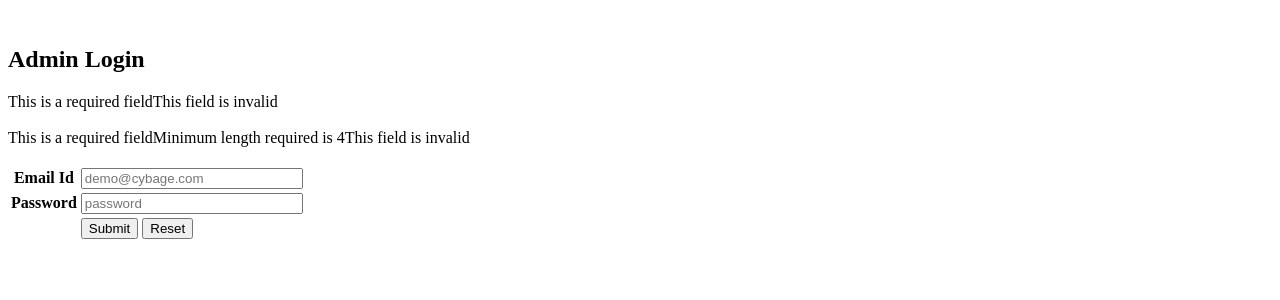
Repository: Dipak27/Dipak-s-front-end
Page: http://localhost/Traning_Management/login.jsp
The author's editor kept a copy of each file at every save. The page is drawn from the files as they stood at one save, then again after the next save.
The browser window is 1280 px wide. The pictures show the whole page.
Some web libraries are served in a nearby version. The page is served by Tomcat 9.

Above is the page before, as saved 2016-11-09 10:19:34.
Console error: ReferenceError: mainApp is not defined

After the next save:
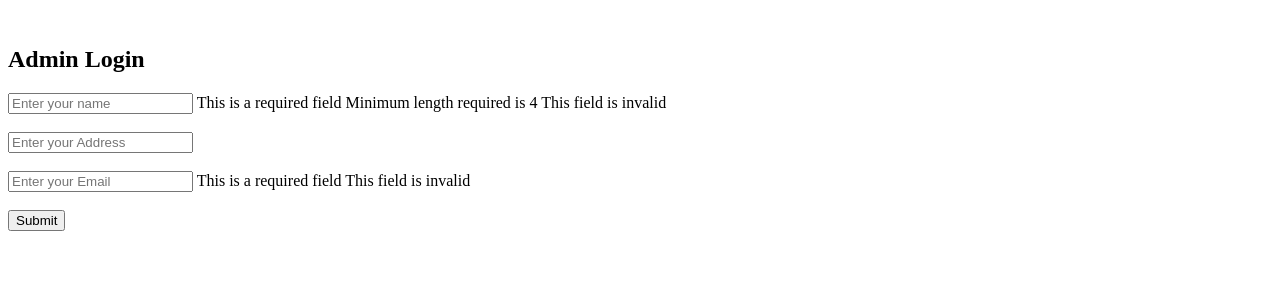
Saved 97 s later.
--- a/Training Management Project/Traning_Management/src/main/webapp/login.jsp
+++ b/Training Management Project/Traning_Management/src/main/webapp/login.jsp
@@ -13,46 +13,32 @@
 								<div class="grid_18 omega">
 						 &nbsp;&nbsp;<h2>Admin Login</h2>
 							<div class="padding_20 text-justify" ng-controller="AdminLoginController as ctrl">
-								<form id="frmMain" class="frmMain" action="#" method="post" ng-submit="ctrl.submit()" name="adminForm" novalidate="novalidate">
-									<table class="form-table" style="width:auto">
-										<tr>
-											<th>
-												Email Id
-											</th>
-											<td>
-												<input id="email" type="text"  class="validate[required]" name="email" style="width:120%" placeholder="demo@cybage.com" value="" ng-model="ctrl.admin.email"  />
-											</td>
-											<span ng-show="adminForm.$dirty && adminForm.email.$error.required">This is a required field</span>
-              								<span ng-show="adminForm.$dirty && adminForm.email.$invalid">This field is invalid </span><br/><br/>
+							<form ng-submit="ctrl.submit()" name="myForm">
+          <input type="text" ng-model="ctrl.user.username" name="uname" class="username" placeholder="Enter your name" required ng-minlength="3"/>
+              <span ng-show="myForm.$dirty && myForm.uname.$error.required">This is a required field</span>
+              <span ng-show="myForm.$dirty && myForm.uname.$error.minlength">Minimum length required is 4</span>
+              <span ng-show="myForm.$dirty && myForm.uname.$invalid">This field is invalid </span><br/><br/>
 
+          <input type="text" ng-model="ctrl.user.address" placeholder="Enter your Address"/><br/><br/>
 
-										</tr>
+          <input type="email" ng-model="ctrl.user.email" name="email" class="email" placeholder="Enter your Email" required/>
+              <span ng-show="myForm.$dirty && myForm.email.$error.required">This is a required field</span>
+              <span ng-show="myForm.$dirty && myForm.email.$invalid">This field is invalid </span><br/><br/>
 
-										<tr>
-											<th>
-												Password
-											</th>
-											<td>
-												<input id="password" type="password"  class="validate[required]" name="password" style="width:120%" placeholder="password" value="" ng-model="ctrl.admin.password" />
-											</td>
-											<span ng-show="adminForm. && myForm.password.$error.required">This is a required field</span>
-              <span ng-show="adminForm.$dirty && adminForm.password.$error.minlength">Minimum length required is 4</span>
-              <span ng-show="adminForm.$dirty && adminForm.password.$invalid">This field is invalid </span><br/><br/>
+          <input type="submit"  value="Submit" ng-disabled="myForm.$invalid">
+      </form>
 
-
-										</tr>
-										<tr>
-											<th>
-												&nbsp;
-											</th>
-											<td>
-												<input id="Submit1" type="submit" value="Submit"  ng-disabled="adminForm.$invalid" />
-												<input id="Reset1" type="reset" value="Reset" onclick="this.form.clear();" />
-											</td>
-										</tr>
-
-									</table>
-								</form>
+      <script src="https://ajax.googleapis.com/ajax/libs/angularjs/1.4.4/angular.js">
+      </script>
+      <script>
+          angular.module('myApp', [])
+          .controller('AppController', [function() {
+              var self = this;
+              self.submit = function() {
+                  console.log('Form is submitted with following user', self.user);
+            };
+      }]);
+  </script>
 							</div>
 						</div>
 
